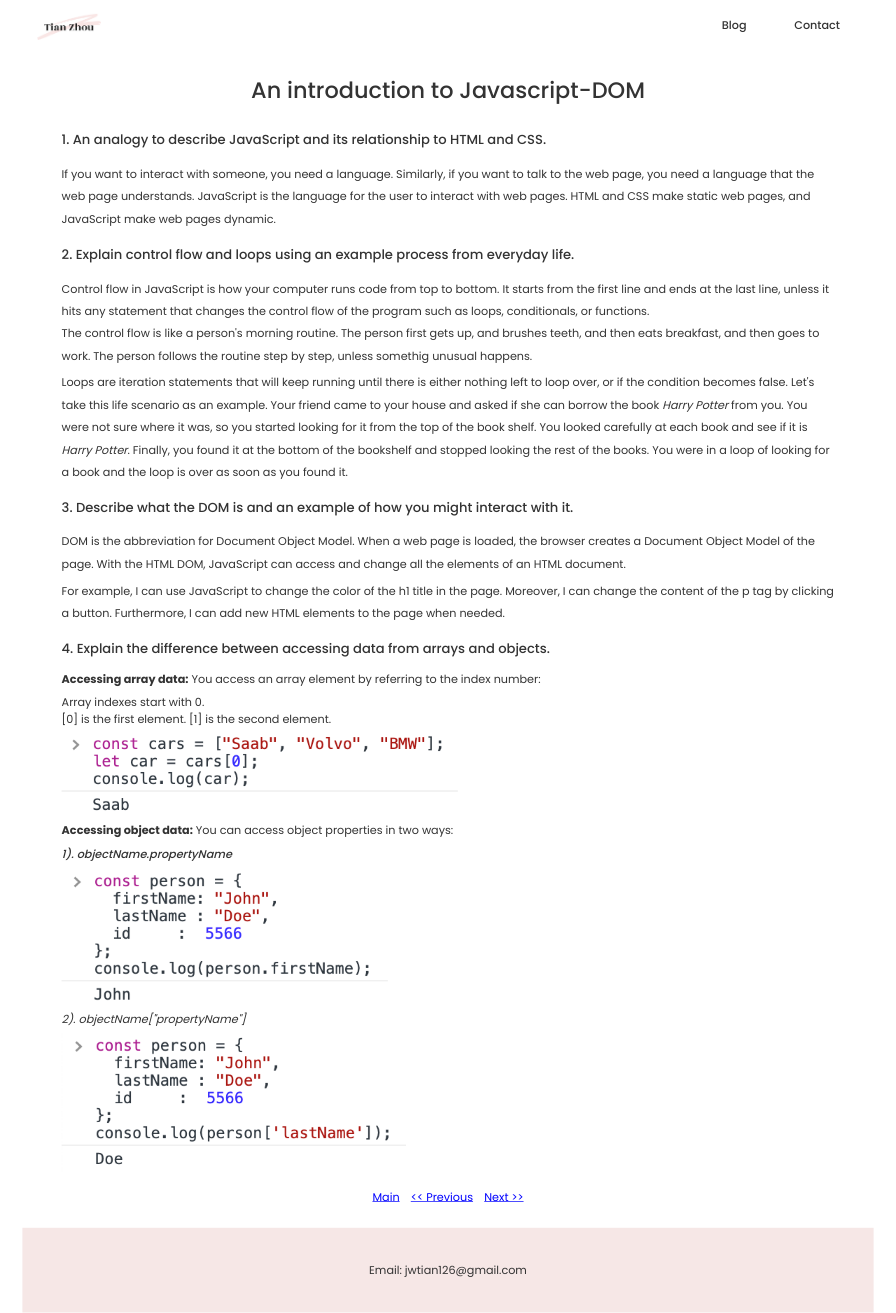
Repository: Tiaanz/Tiaanz.github.io
Page: blog/javascript-dom.html
These files come from the project's save history. The page is drawn as it stood at one moment and after a run of saves; the edit follows.
The browser window is 1280 px wide. The pictures show the whole page, at 70% of full size.

Above is the page before, as saved 2023-01-25 16:51:03.

### blog/javascript-dom.html
<!DOCTYPE html>
<html lang="en">

<head>
    <meta charset="UTF-8">
    <meta http-equiv="X-UA-Compatible" content="IE=edge">
    <meta name="viewport" content="width=device-width, initial-scale=1.0">
    <link rel="stylesheet" href="../styles/main.css">
    <link href="https://fonts.googleapis.com/css2?family=Poppins:wght@300;400;500;600;700;800&display=swap"
        rel="stylesheet">
    <title>Tech Blog(Javascript-DOM)</title>
</head>

<body>
    <div class="container">
        <header>
            <div class="logo">
                <a href="../index.html"><img src="../images/logo.png" alt="logo"></a>
            </div>
            <div class="nav">
                <a href="../index.html#blogs">Blog</a>
                <a href="#footer">Contact</a>
            </div>
        </header>
        <main class="main-blog">
            <h1>An introduction to Javascript-DOM</h1>
            <h3>1. An analogy to describe JavaScript and its relationship to HTML and CSS.</h3>
            <p>
                If you want to interact with someone, you need a language. Similarly, if you want to talk to
                the web page, you need a language that the web page understands. JavaScript is the language for the user
                to interact with web pages.
                HTML and CSS make static web pages, and JavaScript make web pages dynamic.
            </p>
            <h3>2. Explain control flow and loops using an example process from everyday life.</h3>
            <p>
                Control flow in JavaScript is how your computer runs code from top to bottom. It starts
                from the first line and ends at the last line, unless it hits any statement that changes the control
                flow of the program such as loops, conditionals, or functions.<br />
                The control flow is like a person's morning routine. The person first gets up, and brushes teeth, and
                then eats breakfast, and then goes to work.
                The person follows the routine step by step, unless somethig unusual happens.
            </p>
            <p>
                Loops are iteration statements that will keep running until there is either nothing left to loop over,
                or if the condition becomes false.
                Let's take this life scenario as an example. Your friend came to your house and asked if she can borrow
                the book <i>Harry Potter</i> from you. You were not
                sure where it was, so you started looking for it from the top of the book shelf. You looked carefully at
                each book and see if it is <i>Harry Potter</i>.
                Finally, you found it at the bottom of the bookshelf and stopped looking the rest of the books. You were
                in a loop of looking for a book and the loop is over as soon as you found it.
            </p>
            <h3>3. Describe what the DOM is and an example of how you might interact with it.</h3>
            <p>DOM is the abbreviation for Document Object Model. When a web page is loaded, the browser creates a Document Object Model of the page. With the HTML DOM, JavaScript can access and change all the elements of an HTML document.</p>
            <p>
                For example, I can use JavaScript to change the color of the h1 title in the page. Moreover, I can change the content of the p tag by clicking a button.
                Furthermore, I can add new HTML elements to the page when needed.
            </p>
            <h3>4. Explain the difference between accessing data from arrays and objects.</h3>
            <ul>
                <li> <b>Accessing array data:</b> You access an array element by referring to the index number: </li>
                <li>Array indexes start with 0.<br/>
                    [0] is the first element. [1] is the second element.</li>
                <li><img src="../images/array.png" alt="array"></li>
                <li><b>Accessing object data:</b> You can access object properties in two ways: </li>
                <li style="font-weight:500"><i>1). objectName.propertyName</i></li>
                <li><img src="../images/object1.png" alt="object"></li>
                <li><i>2). objectName["propertyName"]</i></li>
                <li><img src="../images/object2.png" alt="object"></li>
            </ul>
            <div class="page-nav">
                <a href="../index.html">Main</a>
                <a href="./learning-plan.html"> &lt&lt Previous</a>
                <a href="#">Next >></a>
            </div>
        </main>
        <footer id="footer">
            <span>Email: jwtian126@gmail.com</span>
        </footer>
    </div>
</body>

</html>

### styles/main.css
* {
  margin: 0;
  padding: 0;
  box-sizing: border-box;
}

a {
  text-decoration: none;
  color: #333;
}



li{
  list-style: none;
}

img {
  max-width: 100%;
  height: auto;
  vertical-align: middle;
}

body {
  font-family: "Poppins", sans-serif;
  color: #333;
}

.container {
  display: flex;
  flex-direction: column;
  width: 95vw;
  margin: 0 auto;

}

header {
  display: flex;
  justify-content: space-between;
  align-items: center;
  padding: 1rem;
}

.logo {
  width: 100px;
  height: auto;
}



.nav a {
  margin: 0 1rem;
  padding: 0 1rem;
  font-weight: 500;
}

.nav a:hover {
  background-color: #f6e7e6;
}

main {
  display: flex;
  padding: 2rem 3rem;
}

main .profile-image {
  width: 100%;
  flex: 1.5;
  margin-right: 2rem;

}

main .introduction {
  flex: 1;
}

main .introduction h1 {
  margin-bottom: 1.5rem;
  font-weight: 500;
  font-size: 2.5rem;
}

main .introduction p {
  line-height: 2rem;
}

.blogs{
  display: flex;
  padding:1rem 3rem;
  margin-bottom: 2rem;

}

.blogs .tech-blog, .blogs .core-blog {
  flex:1;
  padding:0 3px;
  margin:0 3rem;
  text-align: center;
  border:2px solid #f6e7e6;
  border-radius: 20px;
}



.blogs h3{
  margin: 1rem 0;
  font-weight: 600;
  text-align: center;

}



.blogs a{
  text-decoration: underline;
  line-height: 2rem;
}

.main-blog{
    flex-direction: column;
    align-self: center;
    max-width: 1200px;
}

.main-blog h1{
  margin-bottom: 1rem;
  text-align: center;
  font-size: 2rem;
  font-weight: 500;

}

.main-blog h3{
  font-weight: 500;
  margin:1rem 0;
}

.main-blog ul li{
  margin-bottom: 0.5rem;
}

.main-blog .css-image{
 max-width: 300px;
 margin: 1rem 0;
}

.main-blog .div-image{
  max-width: 600px;
  margin-top: 1rem;
 }

 .main-blog p{
  margin: 0.2rem 0;
  line-height: 2rem;
 }

 .main-blog .page-nav{
  margin-top: 1rem;
  display: flex;
  gap:1rem;
  justify-content: center;
 }

 .main-blog .page-nav a{
  color:blue;
  text-decoration: underline;
 }

footer {
  padding: 3rem;
  background-color: #f6e7e6;
  text-align: center;
}

@media screen and (max-width: 1200px) {
  main {
    flex-direction: column;
  }

  main .introduction h1 {
    margin-top: 1rem;
    text-align: center;
  }

  main .introduction p {
    line-height: 2rem;
  }

  .blogs{
  flex-direction: column;
  gap:2rem;
  }

  .blogs .tech-blog, .blogs .core-blog{
    margin:0;
  }

}

@media screen and (max-width: 768px) {
  main {
    padding: 2rem;
  }

  main .introduction h1 {
    font-size: 2rem;
  }

  .main-blog h1{
    font-size: 1.5rem;
  }
}

@media screen and (max-width: 400px) {

    .nav a {
        margin: 0;
        padding: 0 0.4rem;
      }

      .blogs a{
        line-height: 2.5rem;
      }

  }

@media screen and (max-width: 320px) {


  main .introduction h1 {
    font-size: 1rem;
    margin-bottom: 1rem;
  }

  .main-blog h1{
    font-size: 1.2rem;
  }
}

After the next 2 saves:
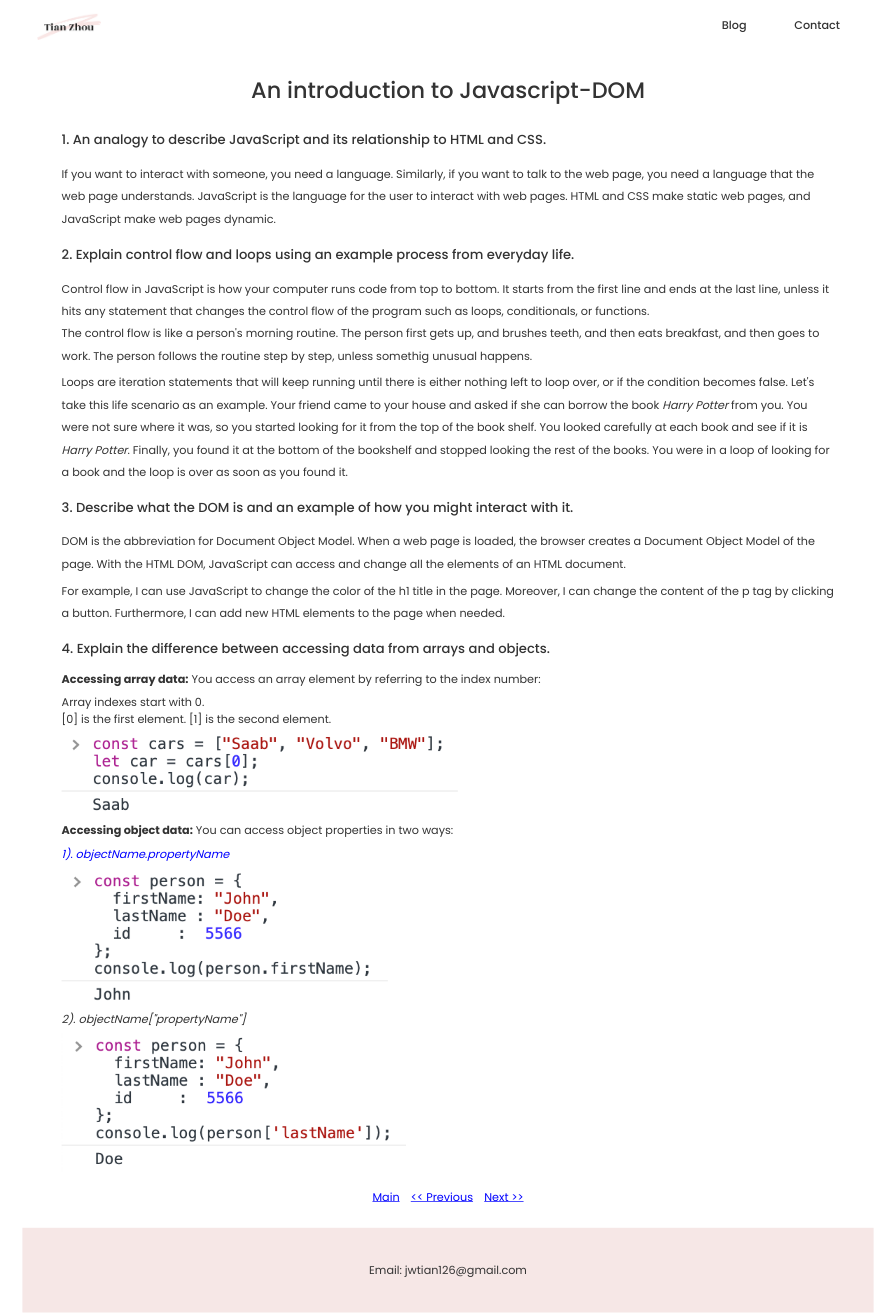
The 2 saves are shown as one change because they came seconds apart.
The last was saved 29 s later.
--- a/blog/javascript-dom.html
+++ b/blog/javascript-dom.html
@@ -63,7 +63,7 @@
                     [0] is the first element. [1] is the second element.</li>
                 <li><img src="../images/array.png" alt="array"></li>
                 <li><b>Accessing object data:</b> You can access object properties in two ways: </li>
-                <li style="font-weight:500"><i>1). objectName.propertyName</i></li>
+                <li style="color:blue"><i>1). objectName.propertyName</i></li>
                 <li><img src="../images/object1.png" alt="object"></li>
                 <li><i>2). objectName["propertyName"]</i></li>
                 <li><img src="../images/object2.png" alt="object"></li>
